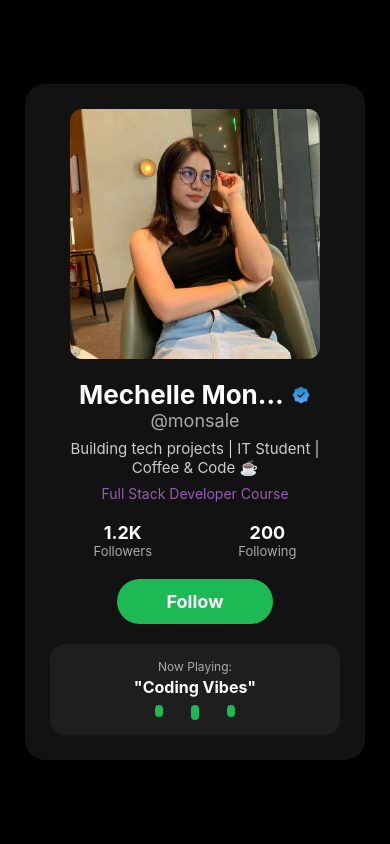
Repository: chelloraine/ProfileCard
Screen: /
These files come from the project's save history. The screen is drawn as it stood at one moment and after the next save; the edit follows.
The app was drawn by React Native's web renderer in a window 390 px wide. The project was rebuilt for these pictures with package versions that can differ from the ones it lists, and the page was loaded fresh each time.

Above is the screen before, as saved 2025-08-31 23:32:40.

### App.tsx
import React from "react";
import { SafeAreaView, StyleSheet } from "react-native";
import ProfileCard from "./profileCard";

export default function App() {
  return (
    <SafeAreaView style={styles.container}>
      <ProfileCard />
    </SafeAreaView>
  );
}

const styles = StyleSheet.create({
  container: {
    flex: 1,
    backgroundColor: "#000", // dark Spotify vibe
    justifyContent: "center", // center vertically
    alignItems: "center",     // center horizontally
  },
});

### profileCard.js
import React, { useState, useEffect, useRef } from "react";
import { View, Text, StyleSheet, Image, TouchableOpacity, Animated, Easing } from "react-native";

export default function ProfileCard() {
  const [following, setFollowing] = useState(false);

  const toggleFollow = () => setFollowing(!following);

  // Use useRef for animated values
  const barHeight1 = useRef(new Animated.Value(10)).current;
  const barHeight2 = useRef(new Animated.Value(15)).current;
  const barHeight3 = useRef(new Animated.Value(12)).current;

  useEffect(() => {
    // Music animation loop
    Animated.loop(
      Animated.stagger(150, [
        Animated.sequence([
          Animated.timing(barHeight1, { toValue: 25, duration: 300, useNativeDriver: false, easing: Easing.linear }),
          Animated.timing(barHeight1, { toValue: 10, duration: 300, useNativeDriver: false, easing: Easing.linear }),
        ]),
        Animated.sequence([
          Animated.timing(barHeight2, { toValue: 30, duration: 300, useNativeDriver: false, easing: Easing.linear }),
          Animated.timing(barHeight2, { toValue: 15, duration: 300, useNativeDriver: false, easing: Easing.linear }),
        ]),
        Animated.sequence([
          Animated.timing(barHeight3, { toValue: 20, duration: 300, useNativeDriver: false, easing: Easing.linear }),
          Animated.timing(barHeight3, { toValue: 12, duration: 300, useNativeDriver: false, easing: Easing.linear }),
        ]),
      ])
    ).start();
  }, []);

  return (
    <View style={styles.card}>
      <Image source={require("./assets/profile.jpg")} style={styles.squareImage} />

      <View style={styles.info}>
        <View style={styles.nameRow}>
          <Text style={styles.name} numberOfLines={1} ellipsizeMode="tail">
            Mechelle Monsale LongNameExample
          </Text>
          <Image source={require("./assets/verified.png")} style={styles.verified} />
        </View>
        <Text style={styles.username}>@monsale</Text>
        <Text style={styles.bio}>Building tech projects | IT Student | Coffee & Code ☕</Text>
        <Text style={styles.course}>Full Stack Developer Course</Text>
      </View>

      <View style={styles.stats}>
        <View style={styles.stat}>
          <Text style={styles.statNumber}>1.2K</Text>
          <Text style={styles.statLabel}>Followers</Text>
        </View>
        <View style={styles.stat}>
          <Text style={styles.statNumber}>200</Text>
          <Text style={styles.statLabel}>Following</Text>
        </View>
      </View>

      <TouchableOpacity style={[styles.followButton, following && styles.followingButton]} onPress={toggleFollow}>
        <Text style={styles.followText}>{following ? "Following" : "Follow"}</Text>
      </TouchableOpacity>

      <View style={styles.musicPlayer}>
        <Text style={styles.songTitle}>Now Playing:</Text>
        <Text style={styles.songName}>"Coding Vibes"</Text>
        <View style={styles.barsContainer}>
          <Animated.View style={[styles.bar, { height: barHeight1 }]} />
          <Animated.View style={[styles.bar, { height: barHeight2 }]} />
          <Animated.View style={[styles.bar, { height: barHeight3 }]} />
        </View>
      </View>
    </View>
  );
}

const styles = StyleSheet.create({
  card: {
    backgroundColor: "#121212",
    borderRadius: 20,
    padding: 25,
    alignItems: "center",
    shadowColor: "#000",
    shadowOpacity: 0.5,
    shadowRadius: 12,
    shadowOffset: { width: 0, height: 6 },
    width: 340,
    alignSelf: "center", // center horizontally
  },
  squareImage: {
    width: 250,
    height: 250,
    borderRadius: 12,
    marginBottom: 20,
  },
  info: {
    alignItems: "center",
    marginBottom: 20,
    width: "100%",
  },
  nameRow: {
    flexDirection: "row",
    alignItems: "center",
    maxWidth: "80%",
    justifyContent: "center",
  },
  name: { fontSize: 26, fontWeight: "bold", color: "#fff" },
  verified: { width: 20, height: 20, marginLeft: 6 },
  username: { fontSize: 18, color: "#aaa", marginBottom: 8 },
  bio: { fontSize: 15, color: "#ccc", textAlign: "center", paddingHorizontal: 15, marginBottom: 6 },
  course: { fontSize: 14, color: "#9b59b6", textAlign: "center", marginTop: 2 },
  stats: { flexDirection: "row", justifyContent: "space-between", width: "70%", marginBottom: 20 },
  stat: { alignItems: "center" },
  statNumber: { fontSize: 18, fontWeight: "bold", color: "#fff" },
  statLabel: { fontSize: 13, color: "#aaa" },
  followButton: { backgroundColor: "#1DB954", paddingVertical: 12, paddingHorizontal: 50, borderRadius: 25, marginBottom: 20 },
  followingButton: { backgroundColor: "#555" },
  followText: { color: "#fff", fontSize: 18, fontWeight: "bold" },
  musicPlayer: { backgroundColor: "#1e1e1e", padding: 15, borderRadius: 15, width: "100%", alignItems: "center" },
  songTitle: { color: "#aaa", fontSize: 12, marginBottom: 3 },
  songName: { color: "#fff", fontSize: 16, fontWeight: "bold", marginBottom: 8 },
  barsContainer: { flexDirection: "row", justifyContent: "space-between", width: 80 },
  bar: { width: 8, backgroundColor: "#1DB954", borderRadius: 4 },
});

After the next save:
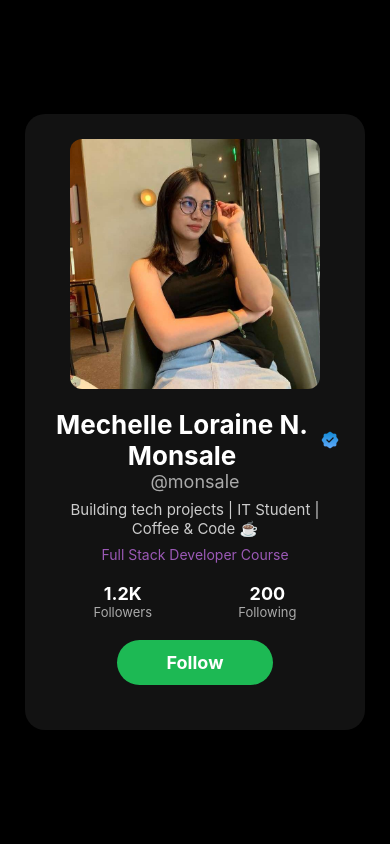
Saved 72 s later.
--- a/profileCard.js
+++ b/profileCard.js
@@ -1,52 +1,32 @@
-import React, { useState, useEffect, useRef } from "react";
-import { View, Text, StyleSheet, Image, TouchableOpacity, Animated, Easing } from "react-native";
+import React, { useState } from "react";
+import { View, Text, StyleSheet, Image, TouchableOpacity } from "react-native";
 
 export default function ProfileCard() {
   const [following, setFollowing] = useState(false);
 
   const toggleFollow = () => setFollowing(!following);
 
-  // Use useRef for animated values
-  const barHeight1 = useRef(new Animated.Value(10)).current;
-  const barHeight2 = useRef(new Animated.Value(15)).current;
-  const barHeight3 = useRef(new Animated.Value(12)).current;
-
-  useEffect(() => {
-    // Music animation loop
-    Animated.loop(
-      Animated.stagger(150, [
-        Animated.sequence([
-          Animated.timing(barHeight1, { toValue: 25, duration: 300, useNativeDriver: false, easing: Easing.linear }),
-          Animated.timing(barHeight1, { toValue: 10, duration: 300, useNativeDriver: false, easing: Easing.linear }),
-        ]),
-        Animated.sequence([
-          Animated.timing(barHeight2, { toValue: 30, duration: 300, useNativeDriver: false, easing: Easing.linear }),
-          Animated.timing(barHeight2, { toValue: 15, duration: 300, useNativeDriver: false, easing: Easing.linear }),
-        ]),
-        Animated.sequence([
-          Animated.timing(barHeight3, { toValue: 20, duration: 300, useNativeDriver: false, easing: Easing.linear }),
-          Animated.timing(barHeight3, { toValue: 12, duration: 300, useNativeDriver: false, easing: Easing.linear }),
-        ]),
-      ])
-    ).start();
-  }, []);
-
   return (
     <View style={styles.card}>
+      {/* Square profile image */}
       <Image source={require("./assets/profile.jpg")} style={styles.squareImage} />
 
+      {/* Profile Info */}
       <View style={styles.info}>
         <View style={styles.nameRow}>
-          <Text style={styles.name} numberOfLines={1} ellipsizeMode="tail">
-            Mechelle Monsale LongNameExample
+          <Text style={styles.name}>
+            Mechelle Loraine N. Monsale
           </Text>
           <Image source={require("./assets/verified.png")} style={styles.verified} />
         </View>
         <Text style={styles.username}>@monsale</Text>
-        <Text style={styles.bio}>Building tech projects | IT Student | Coffee & Code ☕</Text>
+        <Text style={styles.bio}>
+          Building tech projects | IT Student | Coffee & Code ☕
+        </Text>
         <Text style={styles.course}>Full Stack Developer Course</Text>
       </View>
 
+      {/* Followers / Following */}
       <View style={styles.stats}>
         <View style={styles.stat}>
           <Text style={styles.statNumber}>1.2K</Text>
@@ -58,19 +38,15 @@ export default function ProfileCard() {
         </View>
       </View>
 
-      <TouchableOpacity style={[styles.followButton, following && styles.followingButton]} onPress={toggleFollow}>
-        <Text style={styles.followText}>{following ? "Following" : "Follow"}</Text>
+      {/* Follow Button */}
+      <TouchableOpacity
+        style={[styles.followButton, following && styles.followingButton]}
+        onPress={toggleFollow}
+      >
+        <Text style={styles.followText}>
+          {following ? "Following" : "Follow"}
+        </Text>
       </TouchableOpacity>
-
-      <View style={styles.musicPlayer}>
-        <Text style={styles.songTitle}>Now Playing:</Text>
-        <Text style={styles.songName}>"Coding Vibes"</Text>
-        <View style={styles.barsContainer}>
-          <Animated.View style={[styles.bar, { height: barHeight1 }]} />
-          <Animated.View style={[styles.bar, { height: barHeight2 }]} />
-          <Animated.View style={[styles.bar, { height: barHeight3 }]} />
-        </View>
-      </View>
     </View>
   );
 }
@@ -86,7 +62,7 @@ const styles = StyleSheet.create({
     shadowRadius: 12,
     shadowOffset: { width: 0, height: 6 },
     width: 340,
-    alignSelf: "center", // center horizontally
+    alignSelf: "center",
   },
   squareImage: {
     width: 250,
@@ -102,10 +78,9 @@ const styles = StyleSheet.create({
   nameRow: {
     flexDirection: "row",
     alignItems: "center",
-    maxWidth: "80%",
     justifyContent: "center",
   },
-  name: { fontSize: 26, fontWeight: "bold", color: "#fff" },
+  name: { fontSize: 26, fontWeight: "bold", color: "#fff", textAlign: "center" },
   verified: { width: 20, height: 20, marginLeft: 6 },
   username: { fontSize: 18, color: "#aaa", marginBottom: 8 },
   bio: { fontSize: 15, color: "#ccc", textAlign: "center", paddingHorizontal: 15, marginBottom: 6 },
@@ -117,9 +92,4 @@ const styles = StyleSheet.create({
   followButton: { backgroundColor: "#1DB954", paddingVertical: 12, paddingHorizontal: 50, borderRadius: 25, marginBottom: 20 },
   followingButton: { backgroundColor: "#555" },
   followText: { color: "#fff", fontSize: 18, fontWeight: "bold" },
-  musicPlayer: { backgroundColor: "#1e1e1e", padding: 15, borderRadius: 15, width: "100%", alignItems: "center" },
-  songTitle: { color: "#aaa", fontSize: 12, marginBottom: 3 },
-  songName: { color: "#fff", fontSize: 16, fontWeight: "bold", marginBottom: 8 },
-  barsContainer: { flexDirection: "row", justifyContent: "space-between", width: 80 },
-  bar: { width: 8, backgroundColor: "#1DB954", borderRadius: 4 },
 });
